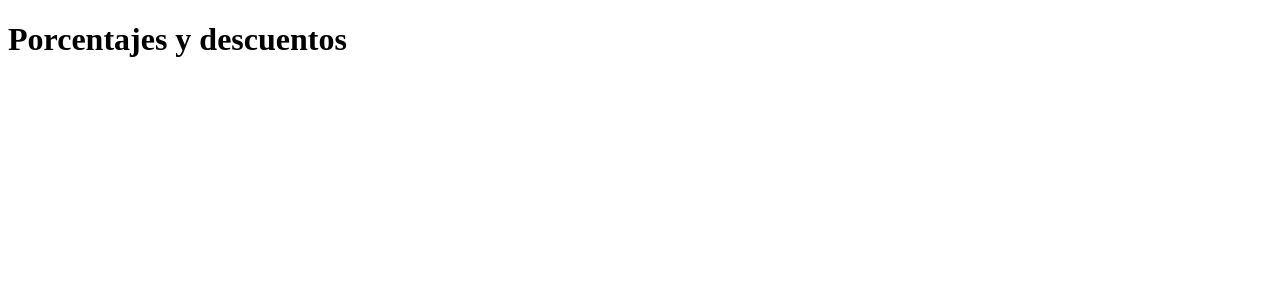
Repository: ChristianGecchelin/javascript-project
Page: javascript-project/descuentos y porcentajes/descuentos.html
These files come from the project's save history. The page is drawn as it stood at one moment and after the next save; the edit follows.
The browser window is 1280 px wide. The pictures show the whole page.

Above is the page before, as saved 2021-12-03 12:37:22.

### javascript-project/descuentos y porcentajes/descuentos.html
<!DOCTYPE html>
<html lang="es">
  <head>
    <meta charset="UTF-8" />
    <meta http-equiv="X-UA-Compatible" content="IE=edge" />
    <meta name="viewport" content="width=device-width, initial-scale=1.0" />
    <title>Porcentajes y descuentos</title>
  </head>
  <body>
    <header>
      <h1>Porcentajes y descuentos</h1>
    </header>
    <script src="./descuentos.js"></script>
  </body>
</html>

### javascript-project/descuentos y porcentajes/descuentos.js
function calculoPrecioConDescuento(precio, descuento) {
  /* Calculo el porcentaje final que PAGARA el cliente */
  const porcentajePrecioConDescuento = 100 - descuento;
  const precioConDescuento = (precio * porcentajePrecioConDescuento) / 100;
  return console.log(
    `El precio original es ${precio}. El precio que pagarás es ${precioConDescuento}`
  );
}

After the next save:
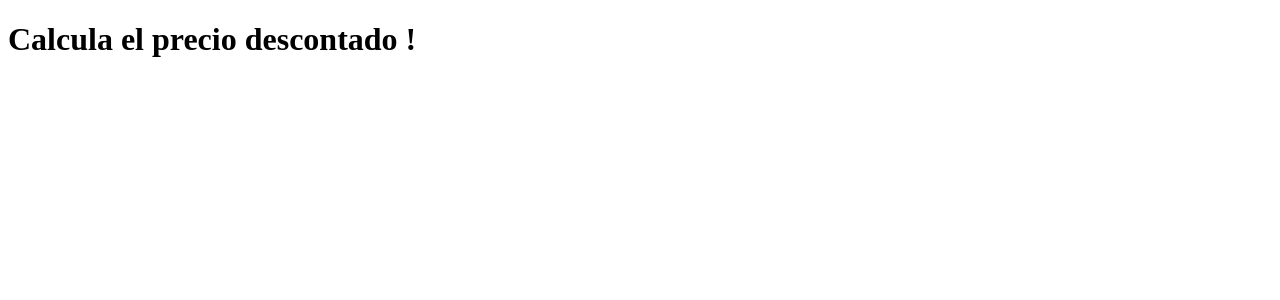
Saved 6 min 28 s later.
--- a/javascript-project/descuentos y porcentajes/descuentos.html
+++ b/javascript-project/descuentos y porcentajes/descuentos.html
@@ -8,7 +8,7 @@
   </head>
   <body>
     <header>
-      <h1>Porcentajes y descuentos</h1>
+      <h1>Calcula el precio descontado !</h1>
     </header>
     <script src="./descuentos.js"></script>
   </body>
